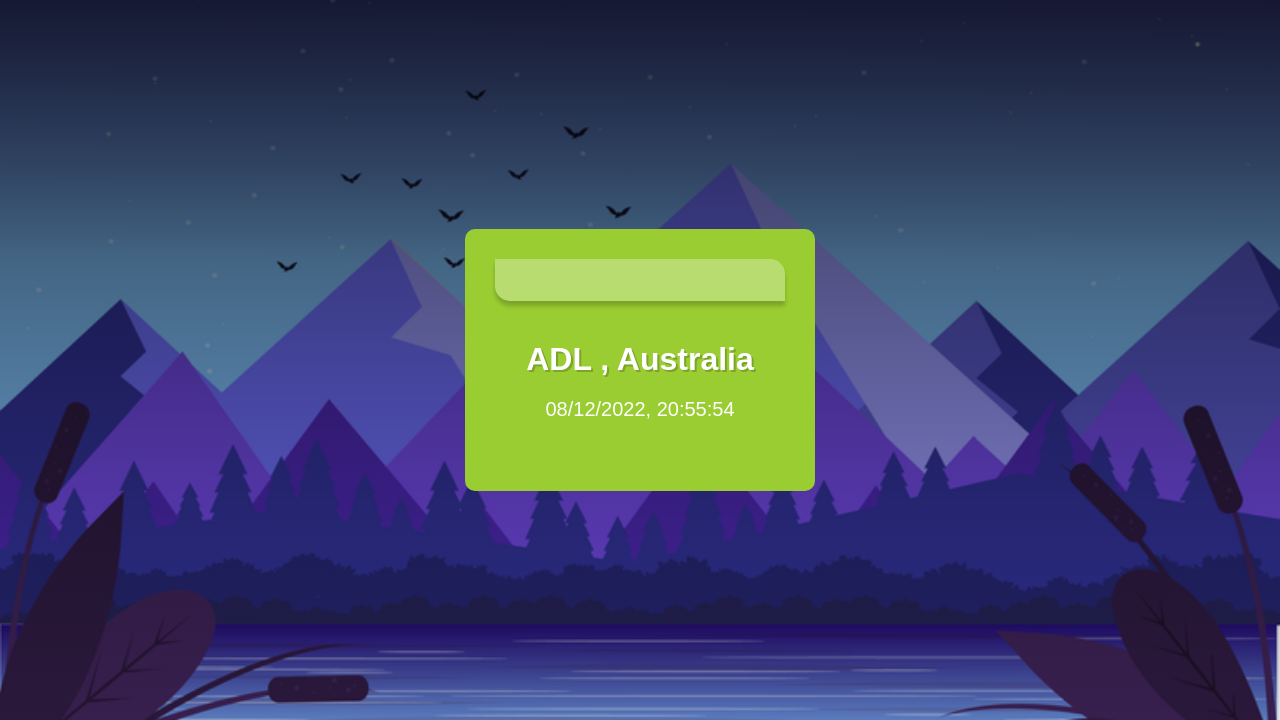
Repository: andrewhuynh561/weather-app-1
Page: index.html
The author's editor kept a copy of each file at every save. The page is drawn from the files as they stood at one save, then again after the next save.
The browser window is 1280 px wide. The pictures show the whole page.

Above is the page before, as saved 2022-12-08 20:57:29.

After the next save:
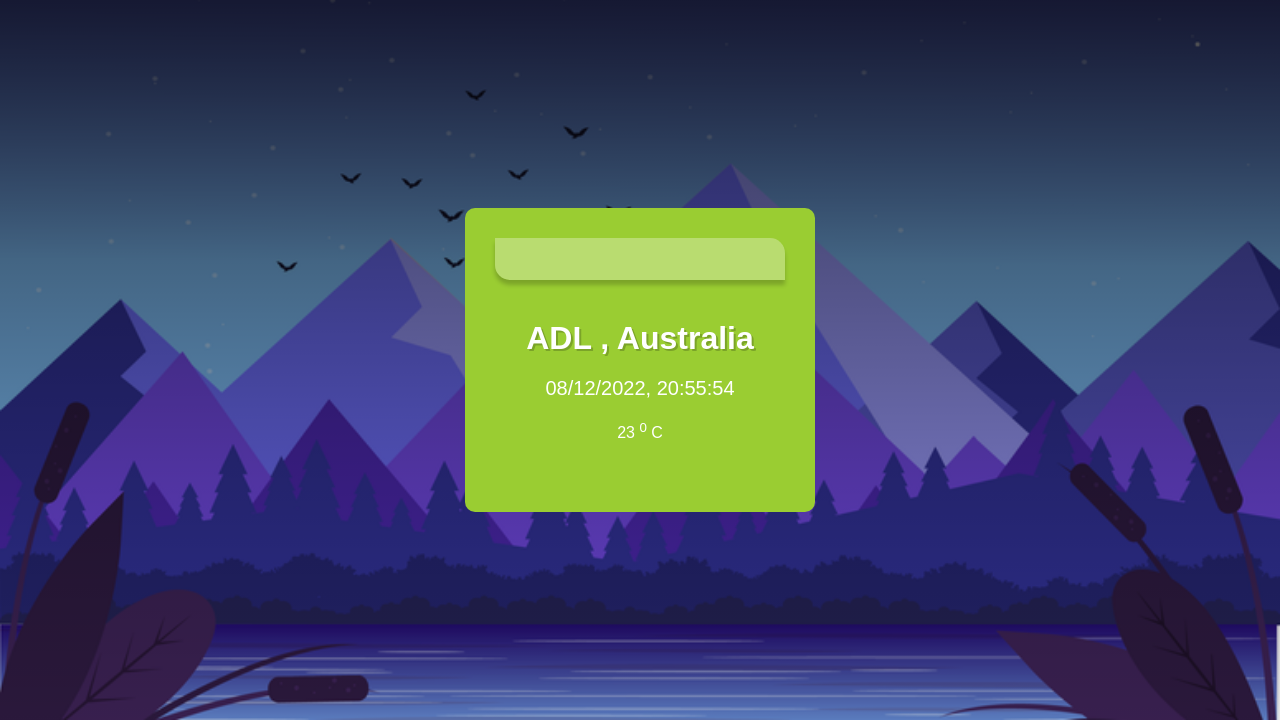
Saved 113 s later.
--- a/index.html
+++ b/index.html
@@ -23,6 +23,9 @@
                 <span class="country">Australia</span>
             </h1>
             <div class="time">08/12/2022, 20:55:54</div>
+            <div class="temperature">
+                <span>23 <sup>0</sup> C</span>
+            </div>
         </div>
     </div>
 
